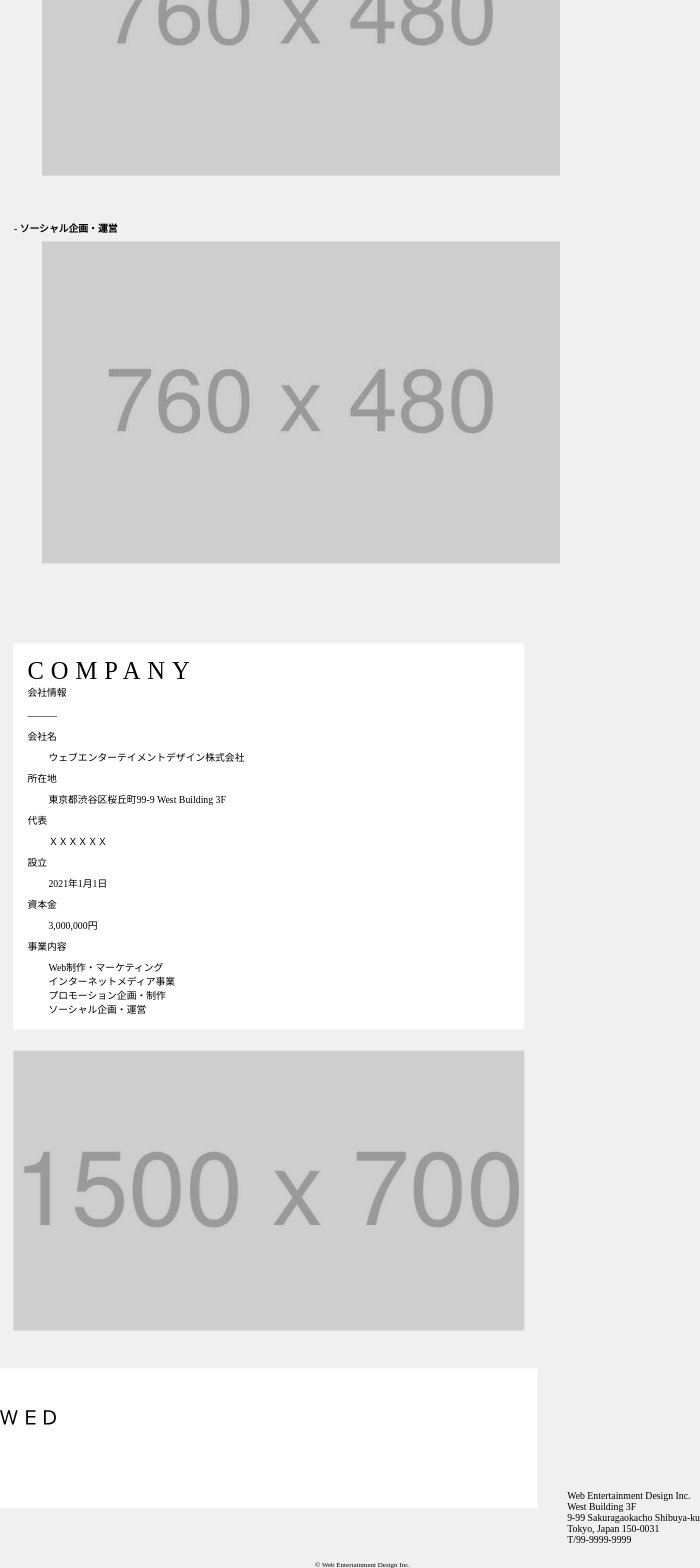
Repository: n19880405nick/challenge
Page: Codestep/Web Entertainment Design/wed.html
The author's editor kept a record of every edit. The page is drawn from the files as they stood at one moment, then again after the next edit.
The browser window is 768 px wide. The page is 1000 px wide, so the pictures cover 1000 px, including what lies to the right of the window. The pictures show the part of the page from y = 3627 to 5867 px (the page is 5867 px tall before and 5847 px after), at 70% of full size.

Above is the page before.

### Codestep/Web Entertainment Design/wed.html
<!DOCTYPE html>
<html lang="ja">
  <head>
    <meta charset="UTF-8">
    <meta name="viewport" content="width=device-width, initial-scale=1.0">
    <title>Web Entertainment Design</title>
    <link rel="stylesheet" href="wed.css">
    <link rel="shortcut icon" href="img/favicon.ico">
  </head>

  <body>
    <header>
      <a href=""><img class="logo" src="img/logo.svg"></a>
      <nav>
        <ul>
          <li><a href="#news">NEWS</a></li>
          <li><a href="#about">ABOUT</a></li>
          <li><a href="#business">BUSINESS</a></li>
          <li><a href="#company">COMPANY</a></li>
        </ul>
      </nav>
      <a class="contact" href=""><span class="contact-text">お問い合わせ</span></a>
    </header>

    <main>
      <div id="main-visual">
        <img class="main-visual" src="img/mainvisual.jpg">
      </div>

      <div id="news">
        <span class="title">NEWS</span>
        <span class="title-ja">
          ニュース<br><br>
          ―――
        </span>
        <div class="news-contents">
          <div class="news-content">
            <time datetime="2021-1-1">2021.1.1</time>
            <span class="tag">NEWS</span>
            <p><br>タイトルタイトルタイトルタイトル</p>
          </div>
          <div class="news-content">
            <time datetime="2021-1-1">2021.1.1</time>
            <span class="tag">PRESS</span>
            <p><br>タイトルタイトルタイトルタイトル</p>
          </div>
          <div class="news-content">
            <time datetime="2021-1-1">2021.1.1</time>
            <span class="tag">NEWS</span>
            <p><br>タイトルタイトルタイトルタイトル</p>
          </div>
        </div>
      </div>

      <div id="about">
        <div id="about-image">
          <img class="about-image" src="img/about.jpg">
        </div>
        <div class="about-contents">
          <span class="title">ABOUT</span>
          <span class="title-ja">
            私たちについて<br><br>
            ―――
          </span>
          <span class="about-text">
            テキストテキストテキストテキストテキストテキスト テキストテキストテキストテキストテキストテキスト<br>
            テキストテキストテキストテキストテキストテキスト テキストテキストテキストテキストテキストテキスト<br>
            テキストテキストテキストテキストテキストテキスト テキストテキストテキストテキストテキストテキスト
          </span>
        </div>
      </div>

      <div id="business">
        <span class="title">BUSINESS</span>
        <span class="title-ja">
          事業内容<br><br>
          ―――
        </span>
        <div class="business-contents-container">
          <div class="business-contents">
            <div class="business-content">
              <span class="subtitle">- Web制作・マーケティング</span>
              <img class="business-image" src="img/business1.jpg">
            </div>
            <div class="business-content">
              <span class="subtitle">- インターネットメディア事業</span>
              <img class="business-image" src="img/business2.jpg">
            </div>
          </div>
          <div class="business-contents">
            <div class="business-content">
              <span class="subtitle">- プロモーション企画・制作</span>
              <img class="business-image" src="img/business3.jpg">
            </div>
            <div class="business-content">
              <span class="subtitle">- ソーシャル企画・運営</span>
              <img class="business-image" src="img/business4.jpg">
            </div>
          </div>
        </div>
      </div>

      <div id="company">
        <div class="company-about">
          <span class="title">COMPANY</span>
          <span class="title-ja">
            <br>会社情報<br><br>
            ―――
          </span>
          <dl>
            <dt>会社名</dt>
            <dd>ウェブエンターテイメントデザイン株式会社</dd>
            <dt>所在地</dt>
            <dd>東京都渋谷区桜丘町99-9 West Building 3F</dd>
            <dt>代表</dt>
            <dd>ＸＸＸＸＸＸ</dd>
            <dt>設立</dt>
            <dd>2021年1月1日</dd>
            <dt>資本金</dt>
            <dd>3,000,000円</dd>
            <dt>事業内容</dt>
            <dd>
              Web制作・マーケティング<br>
              インターネットメディア事業<br>
              プロモーション企画・制作<br>
              ソーシャル企画・運営
            </dd>
          </dl>
        </div>
        <div id="company-image">
          <img class="company-image" src="img/company.jpg">
        </div>
      </div>

      <footer>
        <div class="footer-contents">
          <div id="logo">
            <img class="logo" src="img/logo.svg">
          </div>
          <p class="footer-company-about">
            Web Entertainment Design Inc.<br>
            West Building 3F<br>
            9-99 Sakuragaokacho Shibuya-ku<br>
            Tokyo, Japan 150-0031<br>
            T/99-9999-9999
          </p>
        </div>
        <p class="copyright">© Web Entertainment Design Inc.</p>
      </footer>
    </main>
  </body>
</html>

### Codestep/Web Entertainment Design/wed.css
*{
  margin: 0;
  padding: 0;
  box-sizing: border-box;
}

body{
  background-color: #f0f0f0;
  color: #000;
  font-size: 0.875rem;
}

header{
  margin: 0 auto;
  height: 80px;
  display: flex;
  align-items: center;
  position: relative;
}

.logo{
  width: 100px;
  height: 50px;
  margin-left: 300px;
  margin-right: 50px;
}

ul{
  display: flex;
}

li{
  list-style: none;
  margin: 0 15px;
}

li a{
  text-decoration: none;
  color: #000;
}

.contact{
  width: 200px;
  padding: 30px;
  background-color: black;
  color: white;
  position: absolute;
  top: 0;
  right: 0;
  text-align: center;
  text-decoration: none;
}

.contact:hover{
  opacity: 0.7;
}

.main-visual{
  width: 100%;
  height: 95vh;
  object-fit: cover;
}

#news, #business, #company{
  margin: 50px auto;
  width: 1000px;
  display: flex;
  flex-direction: column;
  position: relative;
}

.title{
  font-size: 35px;
  letter-spacing: 10px;
}

.title-ja{
  margin-bottom: 40px;
}

.news-contents{
  display: flex;
}

.news-content{
  margin-left: 30px;
  padding: 10px 80px 10px 0;
  border-right: solid 1px #000;
}

.news-content:nth-child(1){
  margin-left: 0;
}

.news-content:nth-child(3){
  border-right: none;
}

.tag{
  margin-left: 10px;
  padding: 0 5px;
  background-color: black;
  color: white;
}

#about{
  margin: 100px 0;
  display: flex;
}

.about-image{
  width: 1000px;
  height: 400px;
  object-fit: cover;
}

.about-contents{
  display: flex;
  flex-direction: column;
  margin-top: 200px;
  padding: 0 120px;
}

.business-contents-container{
  display: flex;
}

.business-contents{
  display: flex;
  flex-direction: column;
}

.subtitle{
  font-weight: bold;
}

.business-image{
  width: 400px;
  height: 250px;
  margin-bottom: 50px;
}

.business-contents:nth-child(1){
  padding-left: 80px;
  margin-top: 100px;
}

.company-about{
  width: 650px;
  padding: 80px;
  background-color: white;
}

dl{
  padding: 50px 0;
}

dt{
  float: left;
  margin-top: 10px;
}

dd{
  margin-left: 100px;
  margin-top: 10px;
}

#company-image{
  position: absolute;
  top: 100px;
  left: 500px;
}

.company-image{
  width: 600px;
  height: 400px;
  object-fit: cover;
}

footer{
  background-color: white;
  width: 100vw;
  height: 200px;
}

.footer-contents{
  width: 1000px;
  margin: 20px auto;
  display: flex;
}

#logo .logo{
  margin: 50px 0;
}

.copyright{
  font-size: 10px;
  margin-left: 450px;
}

.footer-company-about{
  margin-top: 30px;
  margin-left: auto;
}

@media screen and (max-width: 900px){
  header{
    flex-direction: column;
    align-items: flex-start;
  }

  .logo{
    width: 80px;
    height: 40px;
    margin-left: 50px;
  }

  .contact{
    display: none;
  }

  #news, #business, #company{
    width: 100%;
  }

  #news, .about-contents, #business{
    margin-left: 20px;
  }

  .news-contents{
    flex-direction: column;
  }

  .news-content{
    margin-left: 0;
    margin-bottom: 50px;
    padding: 0;
    border-right: none;
  }

  #about{
    flex-direction: column;
  }

  .about-image{
    width: 100%;
  }

  .about-contents{
    margin-top: 20px;
    padding: 0;
  }

  .business-contents-container{
    flex-direction: column;
  }

  .business-contents:nth-child(1){
    padding-left: 0;
    margin-top: 0;
  }

  .business-image{
    width: 760px;
    height: 480px;
    padding: 10px;
    margin-bottom: 50px;
    margin-left: 30px;
  }

  .company-about{
    width: 95vw;
    padding: 20px;
    margin: 0 auto;
  }

  dl{
    padding: 0;
  }

  dt{
    float: none;
  }

  dd{
    margin-left: 30px;
    margin-top: 10px;
  }

  #company-image{
    position: static;
    margin: 30px auto 0;
  }

  .company-image{
    width: 95vw;
  }

  .footer-contents{
    flex-direction: column;
  }

  #logo .logo{
    margin: 50px 0;
  }

  .copyright{
    font-size: 10px;
    margin-left: 450px;
  }

  .footer-company-about{
    margin-top: 30px;
    margin-left: auto;
  }

}

After the next edit:
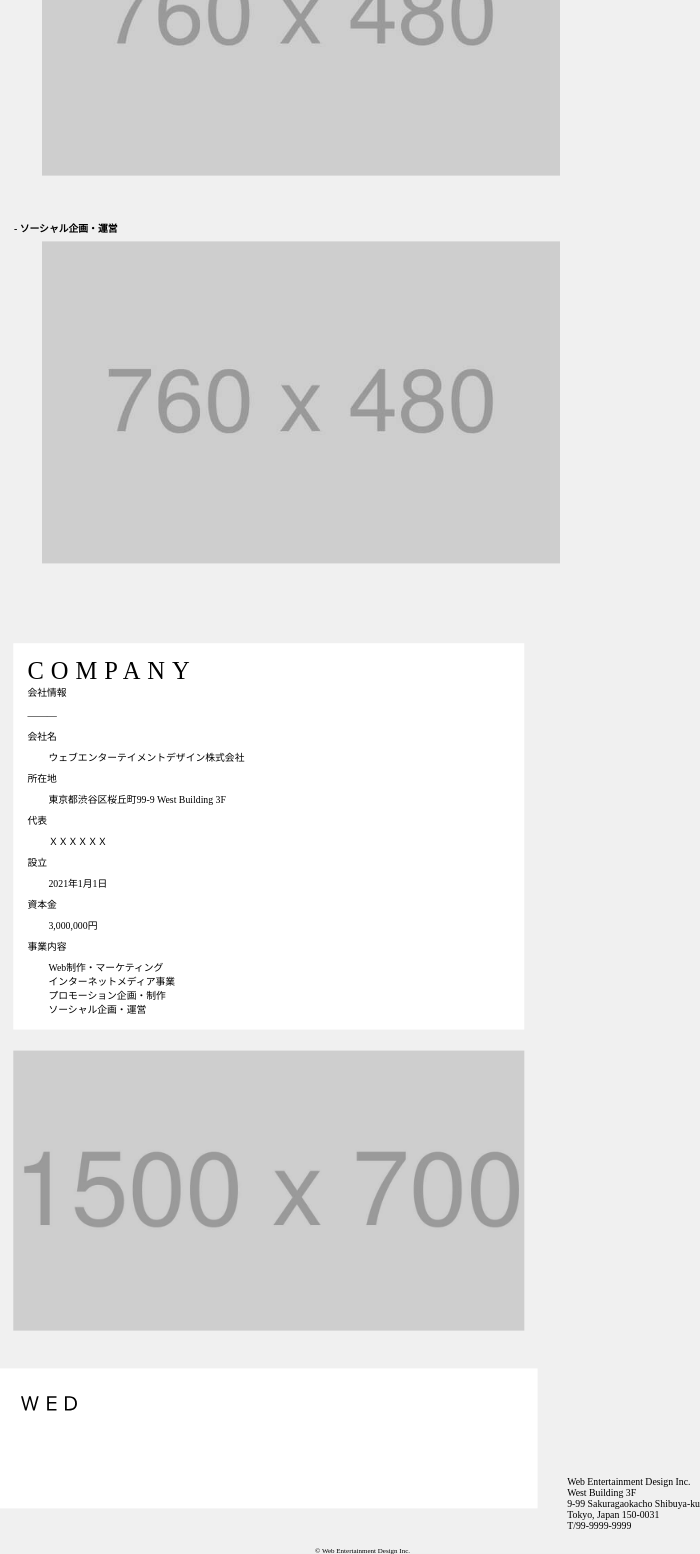
The edit:
--- a/Codestep/Web Entertainment Design/wed.css
+++ b/Codestep/Web Entertainment Design/wed.css
@@ -301,7 +301,8 @@
   }
 
   #logo .logo{
-    margin: 50px 0;
+    margin-top: 30px;
+    margin-left: 30px;
   }
 
   .copyright{
